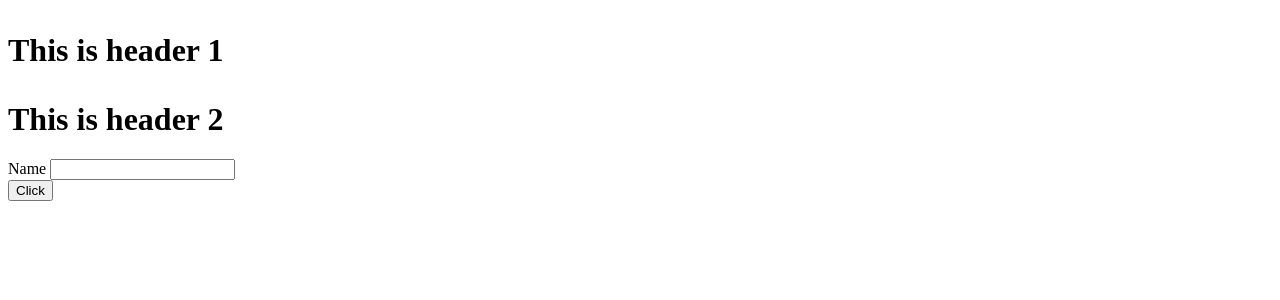
Repository: ravinforu/HTML5_CSS3_JS_Frameworks_Jul_2012-1
Page: Day01/WebContent/ajax.html
The author's editor kept a copy of each file at every save. The page is drawn from the files as they stood at one save, then again after the next save.
The browser window is 1280 px wide. The pictures show the whole page.

Above is the page before, as saved 2012-07-20 09:15:59.

### Day01/WebContent/ajax.html
<!DOCTYPE html>
<html>
<head>
	<script src="jquery-1.7.2.js"></script>
	<script>
		//Selector expressions
		$().ready(function(){
			$("#nameText").on("blur",function(){
				alert($("#nameText").val());
			});
			$("#clickBtn").on("click",function(){
				var name = $("#nameText").val();
				$("#header3").text(name);
				var header1 = $("h1#header1").html();
				alert(header1);
				alert($("h1.header2").text());
				$("#nameText").val("Set a value");
				alert($("#nameText").attr("disabled"));
				$("#nameText").attr("disabled","disabled");
			});
		});
	</script>
</head>
<body>
	<h1 id="header3"></h1>
	<h1 id="header1">
		<p>This is header 1</p>
	</h1>
	<h1 class="header2">This is header 2</h1>
	Name <input type="text" id="nameText">
	<br/>
	<input type="button" id="clickBtn" value="Click">
</body>
</html>

Loaded but not shown: Day01/WebContent/jquery-1.7.2.js (library)

After the next save:
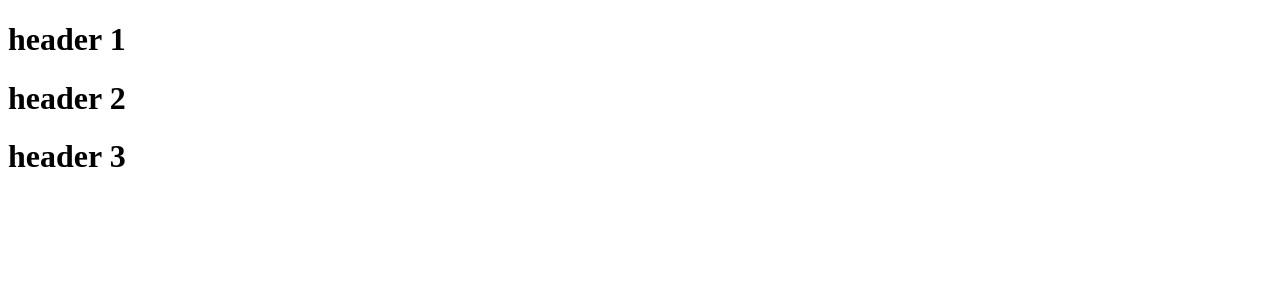
Saved 2 min 26 s later.
--- a/Day01/WebContent/ajax.html
+++ b/Day01/WebContent/ajax.html
@@ -3,32 +3,13 @@
 <head>
 	<script src="jquery-1.7.2.js"></script>
 	<script>
-		//Selector expressions
 		$().ready(function(){
-			$("#nameText").on("blur",function(){
-				alert($("#nameText").val());
-			});
-			$("#clickBtn").on("click",function(){
-				var name = $("#nameText").val();
-				$("#header3").text(name);
-				var header1 = $("h1#header1").html();
-				alert(header1);
-				alert($("h1.header2").text());
-				$("#nameText").val("Set a value");
-				alert($("#nameText").attr("disabled"));
-				$("#nameText").attr("disabled","disabled");
-			});
 		});
 	</script>
 </head>
 <body>
-	<h1 id="header3"></h1>
-	<h1 id="header1">
-		<p>This is header 1</p>
-	</h1>
-	<h1 class="header2">This is header 2</h1>
-	Name <input type="text" id="nameText">
-	<br/>
-	<input type="button" id="clickBtn" value="Click">
+	<h1 id="header1">header 1</h1>
+	<h1 id="header2">header 2</h1>
+	<h1 id="header3">header 3</h1>
 </body>
 </html>
